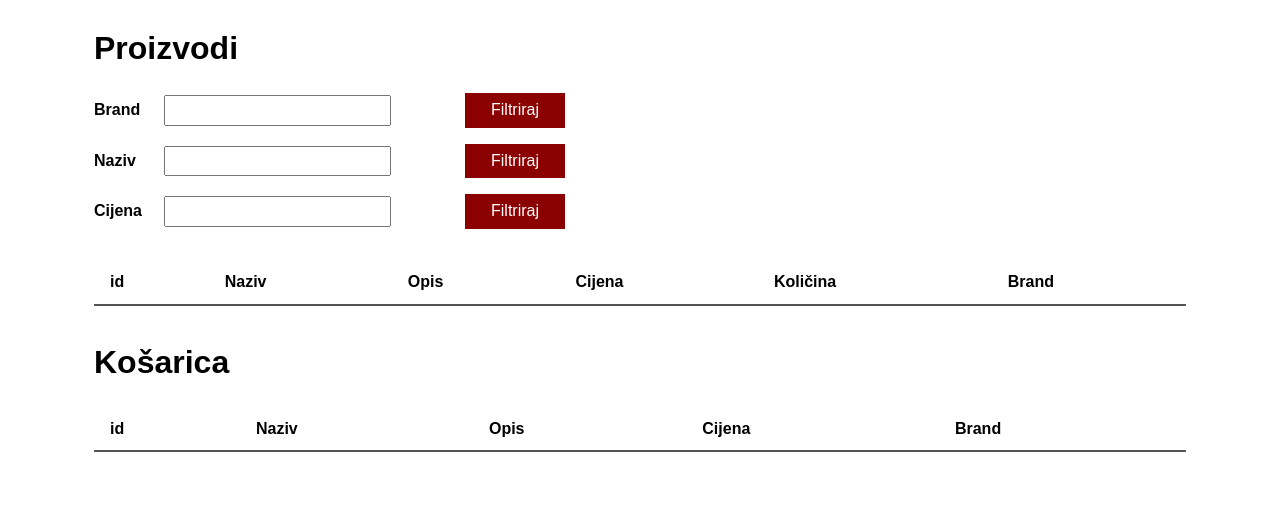
Repository: ivan-baljkas/pristupni_zadatak
Page: / (app in frontend/react-akademija-master/)
The author's editor kept a copy of each file at every save. The page is drawn from the files as they stood at one save, then again after the next save.
The browser window is 1280 px wide. The pictures show the whole page.
The page's requests for data from a server got no answer. The project was rebuilt for these pictures with package versions that can differ from the ones it lists, and the page was loaded fresh each time. No one was signed in, and anything a server would have sent is missing. Also part of the build but not shown: frontend/react-akademija-master/src/components/TableItem.jsx, frontend/react-akademija-master/src/components/TableItem2.jsx.

Above is the page before, as saved 2021-07-26 10:47:39.

### frontend/react-akademija-master/public/index.html
<!DOCTYPE html>
<html lang="en">
  <head>
    <meta charset="utf-8" />
    <link rel="icon" href="%PUBLIC_URL%/favicon.ico" />
    <meta name="viewport" content="width=device-width, initial-scale=1" />
    <meta name="theme-color" content="#000000" />
    <meta
      name="description"
      content="Web site created using create-react-app"
    />
    <link rel="apple-touch-icon" href="%PUBLIC_URL%/logo192.png" />
    <!--
      manifest.json provides metadata used when your web app is installed on a
      user's mobile device or desktop. See https://developers.google.com/web/fundamentals/web-app-manifest/
    -->
    <link rel="manifest" href="%PUBLIC_URL%/manifest.json" />
    <!--
      Notice the use of %PUBLIC_URL% in the tags above.
      It will be replaced with the URL of the `public` folder during the build.
      Only files inside the `public` folder can be referenced from the HTML.

      Unlike "/favicon.ico" or "favicon.ico", "%PUBLIC_URL%/favicon.ico" will
      work correctly both with client-side routing and a non-root public URL.
      Learn how to configure a non-root public URL by running `npm run build`.
    -->
    <link rel="stylesheet" type="text/css" href="https://cdnjs.cloudflare.com/ajax/libs/normalize/8.0.1/normalize.min.css">
    <title>Ivan Baljkas</title>
  </head>
  <body>
    <noscript>You need to enable JavaScript to run this app.</noscript>
    <div id="root"></div>
    <!--
      This HTML file is a template.
      If you open it directly in the browser, you will see an empty page.

      You can add webfonts, meta tags, or analytics to this file.
      The build step will place the bundled scripts into the <body> tag.

      To begin the development, run `npm start` or `yarn start`.
      To create a production bundle, use `npm run build` or `yarn build`.
    -->
  </body>
</html>

### frontend/react-akademija-master/src/index.css
body {
  margin: 0;
  font-family: -apple-system, BlinkMacSystemFont, "Segoe UI", "Roboto", "Oxygen",
    "Ubuntu", "Cantarell", "Fira Sans", "Droid Sans", "Helvetica Neue",
    sans-serif;
  -webkit-font-smoothing: antialiased;
  -moz-osx-font-smoothing: grayscale;
}

body {
  max-width: 1140px;
  margin: 0 auto;
  padding: 24px;
  font-family: Arial, sans-serif;
  font-size: 16px;
  line-height: 1.5;
}

h1 {
  margin-top: 0;
}

html {
  box-sizing: border-box;
}
*,
*:before,
*:after {
  box-sizing: inherit;
}

table {
  border-collapse: collapse;
  text-align: left;
  margin-bottom: 2em;
  width: 100%;
}

thead {
  border-bottom: 2px solid #555;
}

thead th,
td {
  padding: 0.6em 1em;
}

tbody tr:nth-child(even) {
  background-color: #e9e9e9;
}

.pagination {
  text-align: center;
}

button {
  margin: 0 1.5em;
  background-color: darkred;
  color: white;
  border-width: 0;
  padding: 0.5em 1em;
  min-width: 100px;
}

button:disabled {
  opacity: 0.5;
}

.stats {
  border-bottom: 1px solid #555;
  padding-bottom: 1em;
  margin-bottom: 1em;
  text-align: center;
}

form div {
  margin-bottom: 1em;
}

form {
  margin-bottom: 2em;
}

form label {
  display: inline-block;
  min-width: 70px;
}

form button,
.result {
  margin-left: 74px;
}

form input {
  padding: 0.25em 0.5em;
}

form label {
  font-weight: bold;
}

### frontend/react-akademija-master/src/App.js
import React, {useState, useEffect} from "react";
import { SearchForm } from "./components/SearchForm";
import { CollectionTable } from "./components/CollectionTable";
import { TableItem } from "./components/TableItem";
import { TableItem2 } from "./components/TableItem2";
import { CollectionTable2 } from "./components/CollectionTable2";


const App = () => {

  const [state, setState]= useState({
      proizvodi:[],
      odabraniProizvodi:[],
      brandovi: [],
      searchQuery:'',
      brand:'',
      narudzbaId: 1
  });

  const [queryResult, setQueryResult]= useState('No results');


  /* Dohvaćanje proizvoda */
useEffect(() => {
  fetch(`http://localhost:8080/api/proizvod`)
    .then((data) => data.json())
    .then((data) => {
      console.log(data)
      setState({...state, proizvodi:data})
    })
    .catch((error)=>{
        console.log('Error: ',error);
    });

    fetch(`http://localhost:8080/api/brand`)
    .then((data) => data.json())
    .then((data) => {
      console.log(data)
      setState({...state, brandovi:data})
    })
    .catch((error)=>{
        console.log('Error: ',error);
    });
},[]);

const handleSearch = (event) => {
  event.preventDefault();

};

const handleQueryChange = (event) => {
  const value = event.currentTarget.value;
  setState({ ...state, searchQuery: value });
  };


const handleDodajProizvod = (proizvodId) => {

  const data = { narudzbaId: state.narudzbaId, proizvodId: proizvodId };


  fetch('http://localhost:8080/api/narudzba-proizvod', {
        method: 'POST',
        headers: {
        'Content-Type': 'application/json',
        },
        body: JSON.stringify(data),
        })
        .then(response => response.json())
        .then(data => {
        console.log('Success:', data);
          })
      .catch((error) => {
      console.error('Error:', error);
        });


  let newProizvodi = state.proizvodi;
  newProizvodi.forEach(p=>{
    if(p.id === proizvodId){
        p.kolicina=p.kolicina-1;
    }
  });


  fetch(`http://localhost:8080/api/proizvod/${proizvodId}`)
  .then((data) => data.json())
  .then((data) => {
    setState({...state,
                proizvodi:newProizvodi.filter(p=> p.kolicina>0),
               odabraniProizvodi:[...state.odabraniProizvodi, data]
              });

  })
  .catch((error)=>{
      console.log('Error: ',error);
  });

};


const handleUkloniProizvod = (proizvodId) => {

  fetch(`http://localhost:8080/api/narudzba-proizvod/${state.narudzbaId}/${proizvodId}`,
  { method: 'DELETE' })

  let newProizvodi = state.proizvodi;
  newProizvodi.forEach(p=>{
    if(p.id === proizvodId){
        p.kolicina=p.kolicina+1;
    }
  });

  let proizvodZaIzbaciti;
  let newodabraniProizvodi = state.odabraniProizvodi;
  newodabraniProizvodi.forEach(p=>{
    if(p.id === proizvodId){
        proizvodZaIzbaciti = p;
    }
  })

  const index = newodabraniProizvodi.indexOf(proizvodZaIzbaciti);
  newodabraniProizvodi.splice(index, 1)

  setState({...state,
    odabraniProizvodi:newodabraniProizvodi
   });

};

  return (
    <div>
      <header>
        <h1>
          Proizvodi
        </h1>
      </header>
      <SearchForm state={state}  handleSearch={handleSearch} handleQueryChange={handleQueryChange}>
          {queryResult}
        </SearchForm>
        <CollectionTable>
        {state.proizvodi.map(proizvod=>(
          <TableItem id={proizvod.id} {...proizvod} brandovi={state.brandovi} handleDodajProizvod={handleDodajProizvod}/>
        ))}
        </CollectionTable>
        <h1>
          Košarica
        </h1>
        <CollectionTable2>
        {state.odabraniProizvodi.map(proizvod=>(
          <TableItem2 id={proizvod.id} {...proizvod} brandovi={state.brandovi} handleUkloniProizvod={handleUkloniProizvod}/>
        ))}
        </CollectionTable2>
    </div>
  );
};

export default App;

### frontend/react-akademija-master/src/components/SearchForm.jsx
import React from 'react'

export const SearchForm = (props) =>{

    return(
        <div>
            <form  onClick={props.handleSearch}>
            <div>

                <label htmlFor="query">Brand</label>
                <input type="text" id="brand" name="query" onChange={props.handleQueryChange}/>
                <button type="submit">Filtriraj</button>

            </div>
            <div>
            <   label htmlFor="query">Naziv</label>
                <input type="text" id="query" name="query" onChange={props.handleQueryChange}/>
                <button type="submit">Filtriraj</button>
            </div>
            <div>
                <label htmlFor="query">Cijena</label>
                <input type="number" id="cijena" name="cijena" onChange={props.handleQueryChange}/>
                <button type="submit">Filtriraj</button>
            </div>

            </form>

        </div>
    );
};

### frontend/react-akademija-master/src/components/CollectionTable.jsx
import React from 'react'

export const CollectionTable = (props) =>{

    return(
        <div>
            <table>
            <thead>
                <tr>
                    <th>id</th>
                    <th>Naziv</th>
                    <th>Opis</th>
                    <th>Cijena</th>
                    <th>Količina</th>
                    <th>Brand</th>
                </tr>
            </thead>
             <tbody>
                {props.children}
            </tbody>

            </table>
        </div>
    );
};

### frontend/react-akademija-master/src/components/CollectionTable2.jsx
import React from 'react'

export const CollectionTable2 = (props) =>{

    return(
        <div>
            <table>
            <thead>
                <tr>
                    <th>id</th>
                    <th>Naziv</th>
                    <th>Opis</th>
                    <th>Cijena</th>
                    <th>Brand</th>
                </tr>
            </thead>
             <tbody>
                {props.children}
            </tbody>

            </table>
        </div>
    );
};

Loaded but not shown: frontend/react-akademija-master/src/index.js (common file); frontend/react-akademija-master/src/reportWebVitals.js (common file)

After the next save:
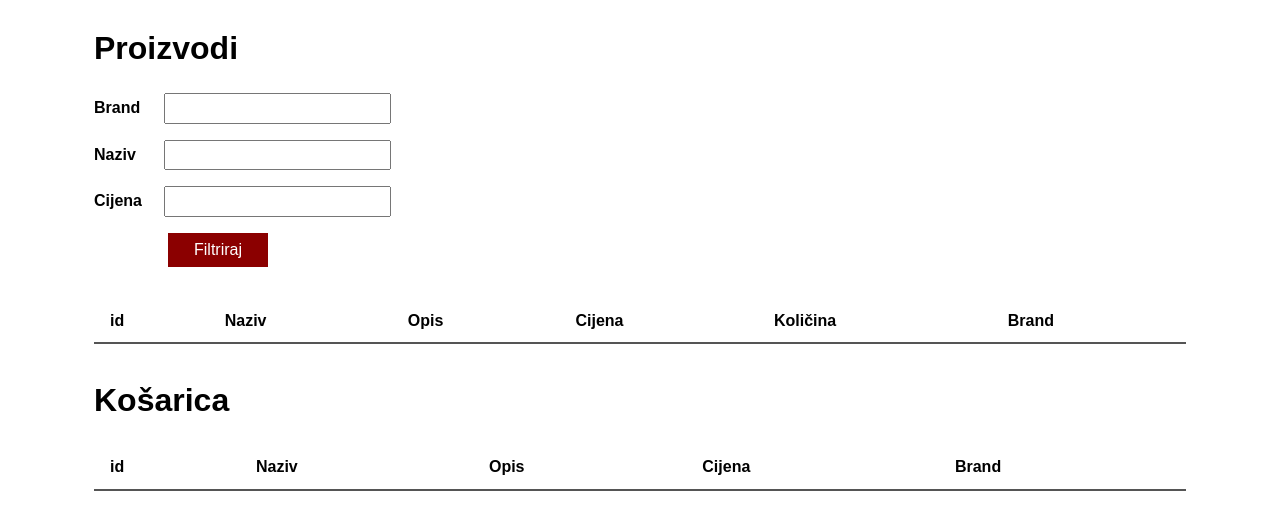
Saved 42 s later.
--- a/frontend/react-akademija-master/src/components/SearchForm.jsx
+++ b/frontend/react-akademija-master/src/components/SearchForm.jsx
@@ -9,17 +9,18 @@ export const SearchForm = (props) =>{
 
                 <label htmlFor="query">Brand</label>
                 <input type="text" id="brand" name="query" onChange={props.handleQueryChange}/>
-                <button type="submit">Filtriraj</button>
 
             </div>
             <div>
             <   label htmlFor="query">Naziv</label>
                 <input type="text" id="query" name="query" onChange={props.handleQueryChange}/>
-                <button type="submit">Filtriraj</button>
             </div>
             <div>
                 <label htmlFor="query">Cijena</label>
                 <input type="number" id="cijena" name="cijena" onChange={props.handleQueryChange}/>
+
+            </div>
+            <div>
                 <button type="submit">Filtriraj</button>
             </div>
 
